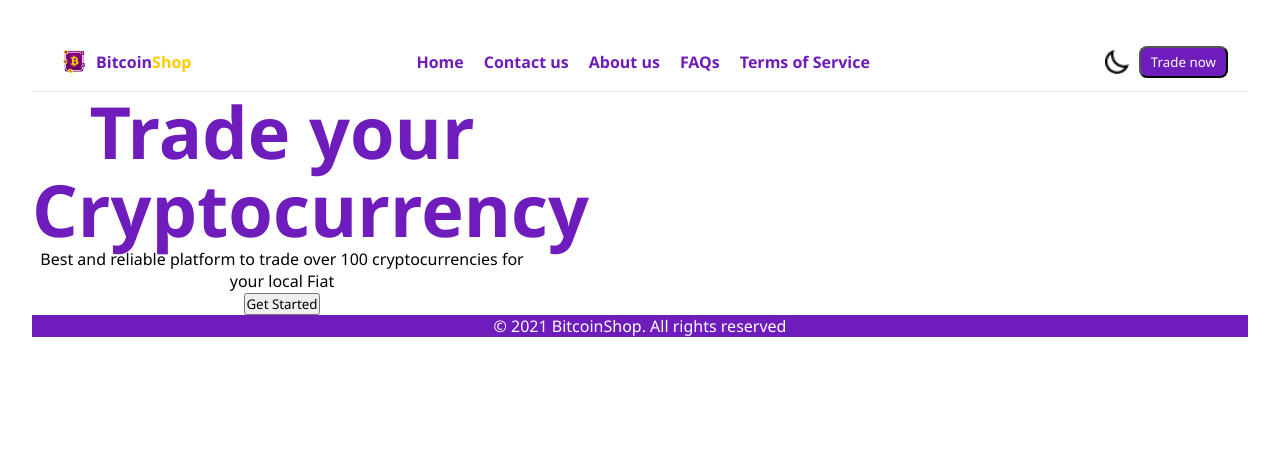
Repository: akinmiday/bitcoinshop-website
Page: /
These files come from the project's save history. The page is drawn as it stood at one moment and after the next save; the edit follows.
The browser window is 1280 px wide. The pictures show the whole page.
The project was rebuilt for these pictures with package versions that can differ from the ones it lists, and the page was loaded fresh each time. Also part of the build but not shown: vite.config.js.

Above is the page before, as saved 2023-07-10 15:47:12.

After the next save:
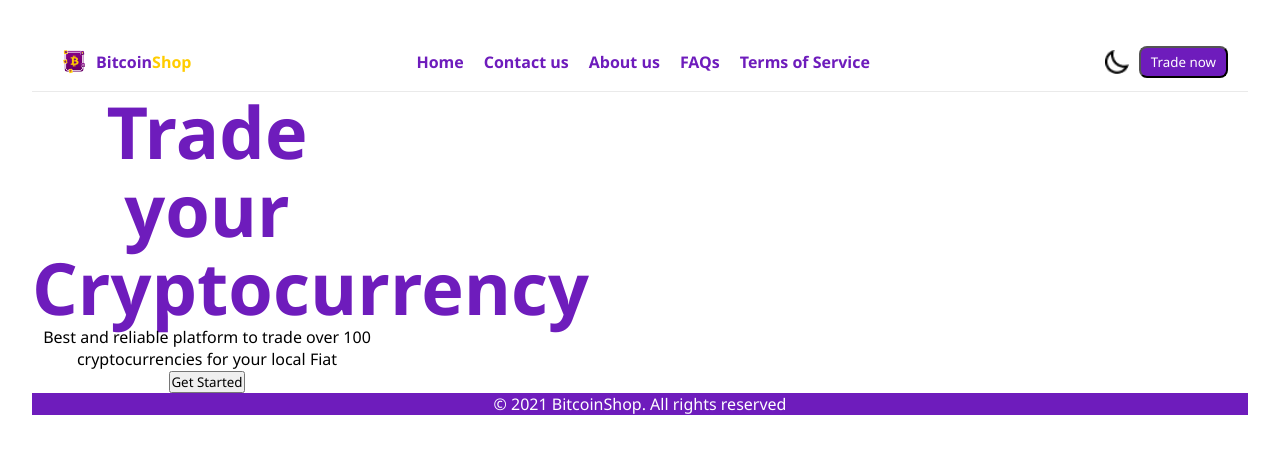
Saved 6 s later.
--- a/src/index.css
+++ b/src/index.css
@@ -60,7 +60,7 @@
 }
 
 .left-side-title{
-    width: 500px;
+    width: 350px;
 }
 
 .left-side-title > h1{
